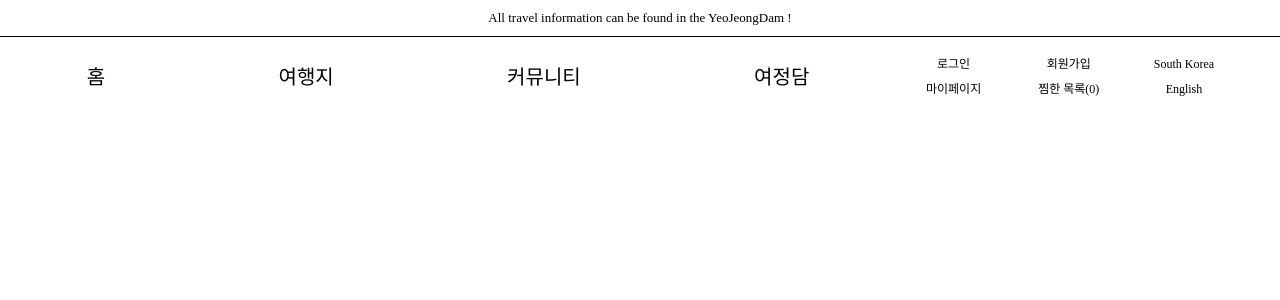
Repository: gaeunlee95/semi
Page: http://localhost/semi/main.jsp
An editor plug-in stored every save of this project. The page is shown before and after the next save, followed by the edit.
The browser window is 1280 px wide. The pictures show the whole page.
The page is served by Tomcat 9.

Above is the page before, as saved 2023-12-06 17:37:57.

### semi/src/main/webapp/main.jsp
<%@ page language="java" contentType="text/html; charset=UTF-8"
    pageEncoding="UTF-8"%>
<!DOCTYPE html>
<html>
<head>
<meta charset="UTF-8">
<title>메인 페이지</title>
<link rel="stylesheet" href="resources/css/style.css">
<style>
/* *{
	color: blue;
} */
</style>
</head>
<body>
	<jsp:include page="header.jsp" />
</body>
</html>

### semi/src/main/webapp/header.jsp
<%@ page language="java" contentType="text/html; charset=UTF-8"
    pageEncoding="UTF-8"%>
<%@ taglib uri="http://java.sun.com/jsp/jstl/core" prefix="c" %>
<header>
	<div id = "header">
		<div id="welcome">
			<p>All travel information can be found in the YeoJeongDam !</p>
		</div>
		<nav>
		<div id="menu">
			<div id="mainMenu">
				<ul>
					<li><a href="#">홈</a></li>
					<li><a href="#">여행지</a></li>
					<li><a href="#">커뮤니티</a></li>
					<li><a href="#">여정담</a></li>
				</ul>
			</div>
			<div id="sideMenu">
				<ul id="sideMenu_1">
					<li><a href="#">로그인</a></li>
					<li><a href="#">회원가입</a></li>
					<li><a href="#">South Korea</a></li>
				</ul>
				<ul id="sideMenu_2">
					<li><a href="#">마이페이지</a></li>
					<li><a href="#">찜한 목록(0)</a></li>
					<li><a href="#">English</a></li> <!-- 스크롤로 언어(영어/한국) 선택 -->
				</ul>
			</div>
		</div>
		</nav>
	</div>





  <%-- <nav>
  <c:choose>
    <c:when test="${empty sessionId}">
	    <ul id="topMenu">
	  	  <li><a href="/loginform.do">로그인</a></li>
	  	  <li><a href="/joinform.do">회원가입</a></li>
	  	  <li><a href="/boardlist.do">게시판</a></li>
	  	  <li><a href="/memberlist.do">회원목록</a></li>
	  	</ul>
    </c:when>
    <c:otherwise>
    	<ul id="topMenu">
	  	  <li><a href="/logout.do">(${sessionId}님)로그아웃</a></li>
	  	  <li><a href="/memberview.do?id=${sessionId}">나의 정보</a></li>
	  	  <li><a href="/boardlist.do">게시판</a></li>
	  	  <li><a href="/memberlist.do">회원 목록</a></li>
	  	</ul>
    </c:otherwise>
   </c:choose>
  </nav> --%>
</header>

### semi/src/main/webapp/resources/css/style.css
@charset "UTF-8";
/* 공통 스타일 */
*{margin: 0; padding: 0;}
#container{width: 1024px; margin: 30px auto 100px;}
ul li{list-style: none;}
a{text-decoration: none; color: black;}

/* header 스타일 */
header{
	/*width : 1024px;*/
	width: 100%;
	margin : 0 auto;
}
header #welcome{
	text-align: center;
	border-bottom: 1px solid black;
}
header #welcome p{
	padding: 10px 0;
	font-size: 13px;
}
header #menu{
	width: 100%;
}
header nav div{	/*각 mainMenu, sideMenu div에 float를 주어 가로정렬*/ /*nav에 float 주면 가로정렬 되지 않음*/
	float: left;
}
header #mainMenu{
	/*width: 700px;*/
	width: 70%;
	line-height: 80px;
}
header #mainMenu ul{
	display: flex;
	justify-content: space-around;
}
header #mainMenu li{
	font-size: 20px;
	color: black;
}
header #sideMenu{
	width: 30%;
}
header #sideMenu ul{
	line-height: 25px;
	display: flex;
}
header #sideMenu li{
	font-size: 12px;
	width: 30%;
}
header #sideMenu li a{
	display:flex;
	justify-content: center;
}
header #sideMenu #sideMenu_1 a{
	padding-top: 15px;
}
header #sideMenu #sideMenu_2 a{
	padding-bottom: 15px;
}

/* mainMenu의 경우, li 사이에 동일한 간격을 주기위해 padding 사용 */
/* sideMenu의 경우, padding으로 간격을 줄 시 아래위 li의 위치가 달라짐. 이에 li에 width와 flex요소를 주어 가운데 정렬 시킴 */

/* 구현 1 */
/* 헤더의 width 1024px에서 줄어들 경우, 각 li 사이의 거리 가까워짐*/

/* 구현 2 */
/* mainMenu의 각 li에 마우스 올릴 시, 전체 하위 카테고리 나옴 + 헤더부분의 배경색 변경됨 */
/* mainMenu의 각 li에 마우스 올릴 시, li에 italic, 밑줄표시 */
/* 하단 카테고리 선택 시, 연한 색상 -> 진한 색상으로 변경, italic, 밑줄표시*/

After the next save:
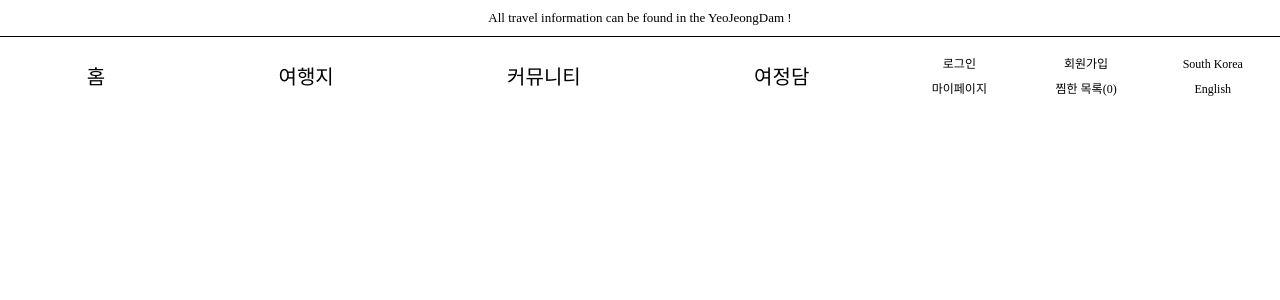
Saved 2 min 37 s later.
--- a/semi/src/main/webapp/resources/css/style.css
+++ b/semi/src/main/webapp/resources/css/style.css
@@ -47,7 +47,7 @@ header #sideMenu ul{
 }
 header #sideMenu li{
 	font-size: 12px;
-	width: 30%;
+	width: 33%;
 }
 header #sideMenu li a{
 	display:flex;
